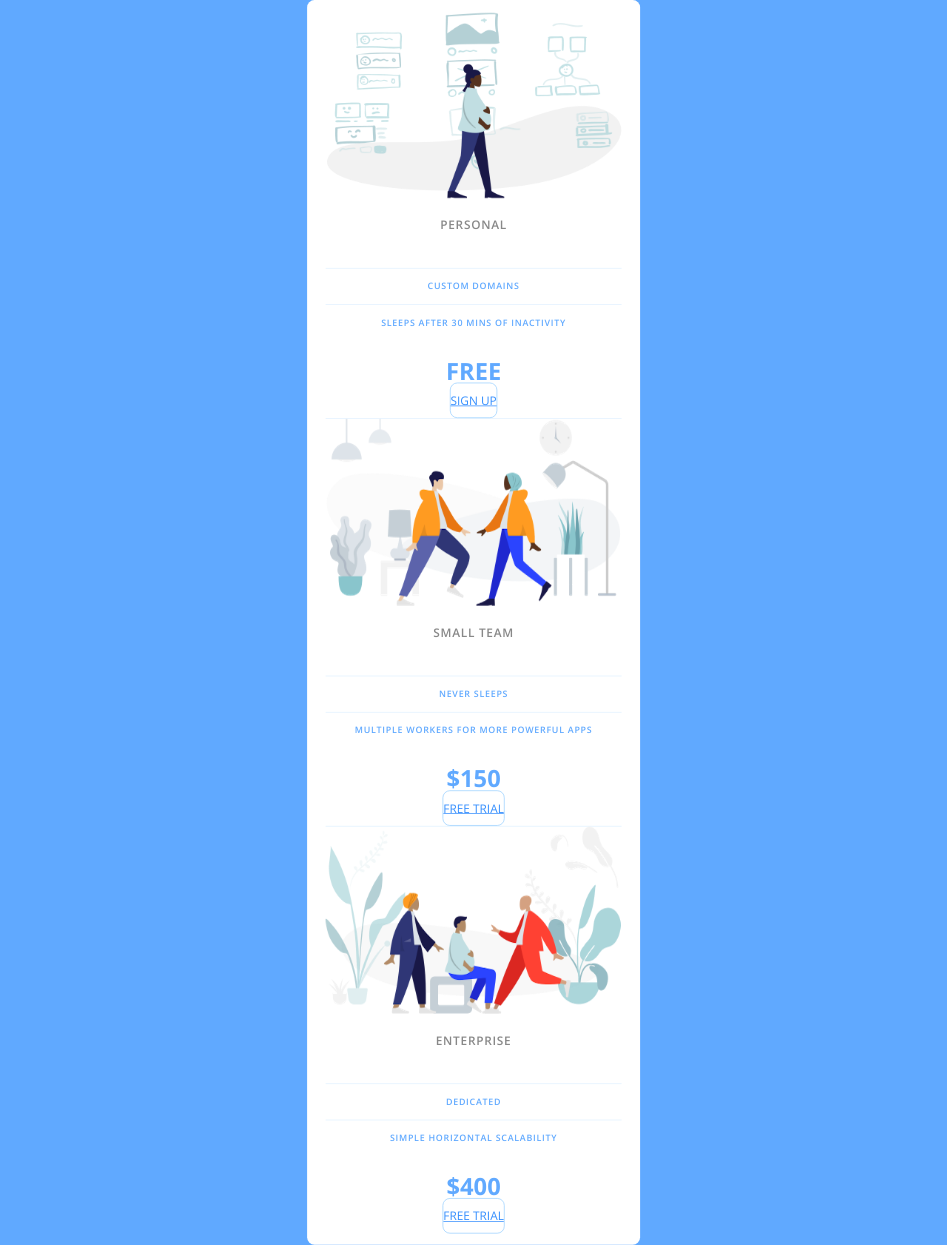
Repository: fatehailey/Pricing-Panel
Page: index.html
An editor plug-in stored every save of this project. The page is shown before and after a run of saves, followed by the edit.
The browser window is 1280 px wide. The pictures show the whole page, at 74% of full size.

Above is the page before, as saved 2022-09-16 12:45:41.

### index.html
<!DOCTYPE html>
<html lang="en">

<head>
    <meta charset="UTF-8">
    <meta name="viewport" content="width=device-width, initial-scale=1.0">
    <title>Price Tiers</title>
    <link rel="stylesheet" href="https://fonts.googleapis.com/css?family=Open+Sans:400,600,700">
    <link rel="stylesheet" href="app.css">
</head>

<body>
    <div class="panel pricing-table">

        <div class="pricing-plan">
            <img src="icons/icon1.png" alt="" class="pricing-img">
            <h2 class="pricing-header">Personal</h2>
            <ul class="pricing-features">
                <li class="pricing-features-item">Custom domains</li>
                <li class="pricing-features-item">Sleeps after 30 mins of inactivity</li>
            </ul>
            <span class="pricing-price">Free</span>
            <a href="#/" class="pricing-button">Sign up</a>
        </div>

        <div class="pricing-plan">
            <img src="icons/icon2.png" alt="" class="pricing-img">
            <h2 class="pricing-header">Small team</h2>
            <ul class="pricing-features">
                <li class="pricing-features-item">Never sleeps</li>
                <li class="pricing-features-item">Multiple workers for more powerful apps</li>
            </ul>
            <span class="pricing-price">$150</span>
            <a href="#/" class="pricing-button is-featured">Free trial</a>
        </div>

        <div class="pricing-plan">
            <img src="icons/icon3.png" alt="" class="pricing-img">
            <h2 class="pricing-header">Enterprise</h2>
            <ul class="pricing-features">
                <li class="pricing-features-item">Dedicated</li>
                <li class="pricing-features-item">Simple horizontal scalability</li>
            </ul>
            <span class="pricing-price">$400</span>
            <a href="#/" class="pricing-button">Free trial</a>
        </div>

    </div>

</body>

</html>

### app.css
/* http://meyerweb.com/eric/tools/css/reset/
   v2.0 | 20110126
   License: none (public domain)
*/

html, body, div, span, applet, object, iframe,
h1, h2, h3, h4, h5, h6, p, blockquote, pre,
a, abbr, acronym, address, big, cite, code,
del, dfn, em, img, ins, kbd, q, s, samp,
small, strike, strong, sub, sup, tt, var,
b, u, i, center,
dl, dt, dd, ol, ul, li,
fieldset, form, label, legend,
table, caption, tbody, tfoot, thead, tr, th, td,
article, aside, canvas, details, embed,
figure, figcaption, footer, header, hgroup,
menu, nav, output, ruby, section, summary,
time, mark, audio, video {
	margin: 0;
	padding: 0;
	border: 0;
	font-size: 100%;
	font: inherit;
	vertical-align: baseline;
}
/* HTML5 display-role reset for older browsers */
article, aside, details, figcaption, figure,
footer, header, hgroup, menu, nav, section {
	display: block;
}
body {
	line-height: 1;
}
ol, ul {
	list-style: none;
}
blockquote, q {
	quotes: none;
}
blockquote:before, blockquote:after,
q:before, q:after {
	content: '';
	content: none;
}
table {
	border-collapse: collapse;
	border-spacing: 0;
}


html {
    box-sizing: border-box;
    font-family: 'Open Sans', sans-serif;
}
body{
    background-color: #60a9ff;
    display: flex;
    justify-content: center;
    align-items: center;
    min-height: 100vh;
}

.panel{
    background-color: white;
    border-radius: 10px;
    padding: 15px 25px;
    max-width: 960px;
    display: flex;
    flex-direction: column;
    text-align: center;
    text-transform: uppercase;
}

.pricing-plan:not(:last-child) {
    border-bottom: 1px solid #e1f1ff;
  }

.pricing-img {
    margin-bottom: 25px;
    width: 100%;
}

.pricing-header{
    color: #888;
    font-weight: 600;
    letter-spacing: 1px;
}

.pricing-features{
    margin: 50px 0 25px;
    color: #60a9ff;
}

.pricing-features-item{
    font-weight: 600;
    letter-spacing: 1px;
    font-size: 12px;
    line-height: 1.5;
    padding: 15px 0;
    border-top: 1px solid #e1f1ff;
}

.pricing-features:last-child{
    border-bottom: 1px solid #e1f1ff;
}
.pricing-price{
    color: #60a9ff;
    display: block;
    font-size: 32px;
    font-weight: 700;
}

.pricing-button {
    border: 1px solid #9dd1ff;
    border-radius: 10px;
    color: #348efe;
    display: inline-block;
    padding: 15px 0;

}

After the next 3 saves:
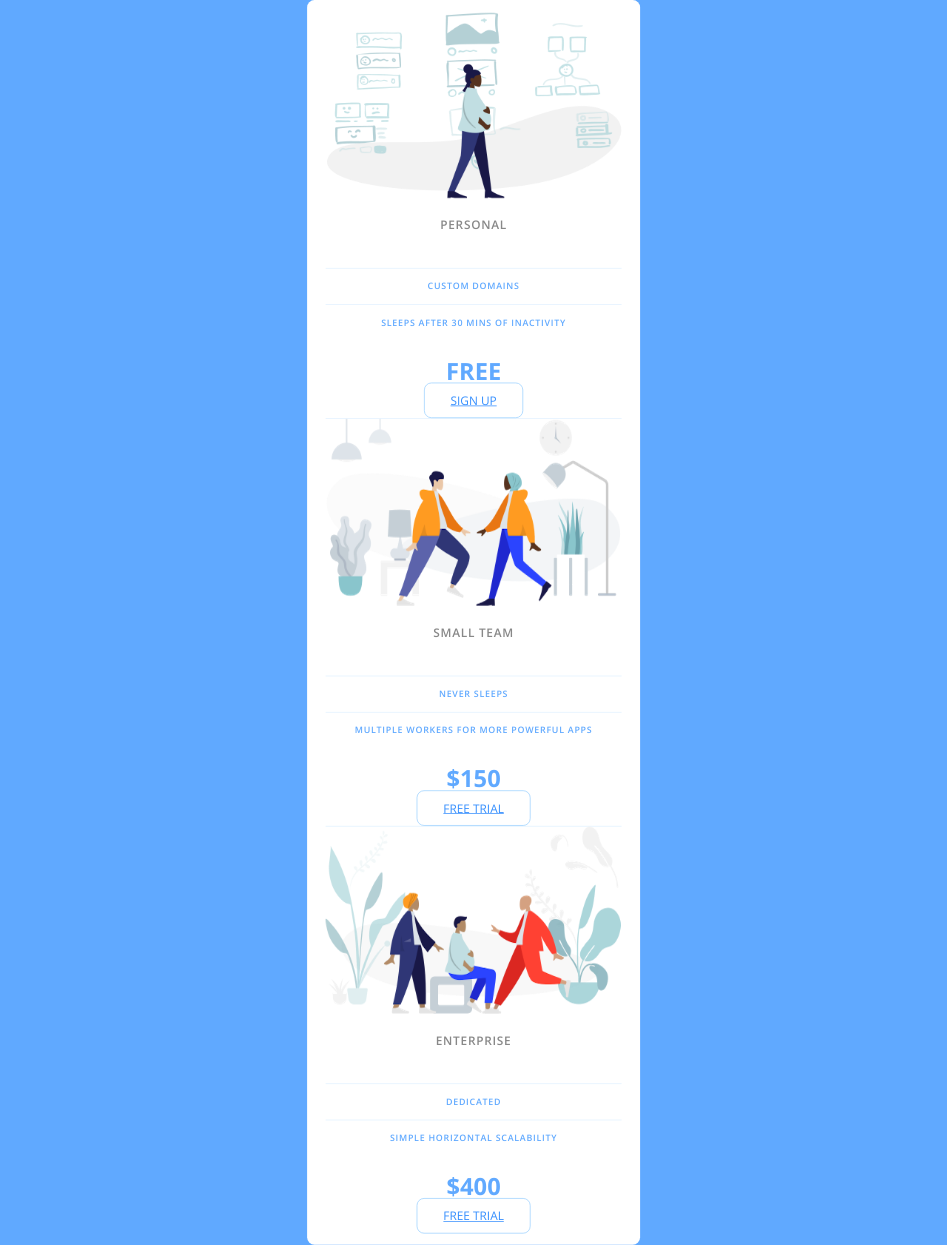
The 3 saves are shown as one change because they came seconds apart.
The last was saved 12 s later.
--- a/app.css
+++ b/app.css
@@ -115,6 +115,7 @@ body{
     border-radius: 10px;
     color: #348efe;
     display: inline-block;
-    padding: 15px 0;
+    padding: 15px 35px;
+    text
 
 }
